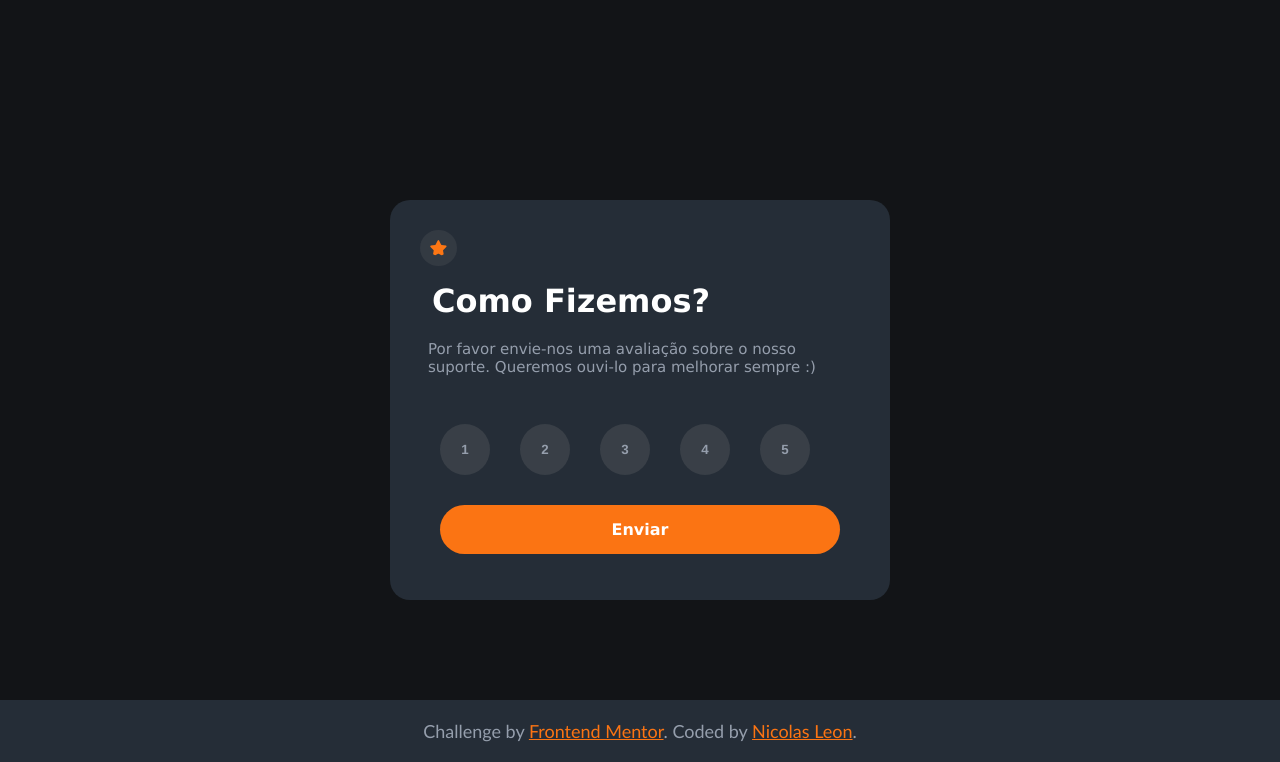
Repository: Leonngc/projeto-avaliacao
Page: index.html
The author's editor kept a copy of each file at every save. The page is drawn from the files as they stood at one save, then again after a run of saves.
The browser window is 1280 px wide. The pictures show the whole page.

Above is the page before, as saved 2023-01-30 01:39:00.

### index.html
<!DOCTYPE html>
<html lang="pt-br">

<head>
  <meta charset="UTF-8">
  <meta name="viewport" content="width=device-width, initial-scale=1.0">
  <!-- displays site properly based on user's device -->

  <link rel="icon" type="image/png" sizes="32x32" href="./images/favicon-32x32.png">
  <script src="js/index.js" defer></script>

  <title>Frontend Mentor | Interactive rating component</title>

  <link rel="stylesheet" href="styles/style.css">
</head>

<body>

  <!-- Rating state start -->
  <div id="card">
    <img src="images/icon-star.svg" alt="" id="icon">
    <div id="mensage">
      <h1>Como Fizemos?</h1>
      <p>Por favor envie-nos uma avaliação sobre o nosso suporte. Queremos ouvi-lo para melhorar sempre :)</p>
    </div>

    <ul id="container-btns">
      <li><button class="rate-btn">1</button></li>
      <li><button class="rate-btn">2</button></li>
      <li><button class="rate-btn">3</button></li>
      <li><button class="rate-btn">4</button></li>
      <li><button class="rate-btn">5</button></li>
    </ul>
    <button id="submit-btn">Enviar</button>
    </div>

  <!-- Rating state end -->

  <!-- Thank you state start -->

  <section id="result-avaliation">
    <div id="thank-image">
      <img src="images/illustration-thank-you.svg" alt="">
    </div>
    <span id="avaliation-user">You selected <!--ratting result --> out of 5</span>
    <h1>Thank you!</h1>
    <p id="thanks-mensage">
      We appreciate you taking the time to give a rating. If you ever need more support,
      don’t hesitate to get in touch!
    </p>
  </section>

  <!-- Thank you state end -->


  <footer class="attribution">
    Challenge by <a href="https://www.frontendmentor.io?ref=challenge" target="_blank">Frontend Mentor</a>.
    Coded by <a href="#">Nicolas Leon</a>.
  </footer>
</body>

</html>

### js/index.js
let rateBtn = document.querySelectorAll('.rate-btn');
const sent = document.querySelector('#submit-btn');

sent.addEventListener('click', ()=>{
    window.alert("test")
})



rateBtn.forEach((rate) =>{
    rate.addEventListener("click", () =>{

    })
});

### styles/style.css
:root {
  --very-dark-blue: hsl(216, 12%, 8%);
  --dark-blue: hsl(213, 19%, 18%);
  --medium-grey: hsl(216, 12%, 54%);
  --light-grey: hsl(217, 12%, 63%);
}

* {
  margin: 0;
  padding: 0;
  box-sizing: border-box;
}

body {
  background-color: var(--very-dark-blue);
}

#card {
  background-color: var(--dark-blue);
  width: 500px;
  height: 400px;
  margin: auto;
  margin-top: 200px;
  padding: 30px;
  border-radius: 20px;
}

#icon {
  background-color: rgba(124, 122, 122, 0.162);
  padding: 10px;
  border-radius: 50%;
}

#mensage > h1 {
  font-family: "Lucida Sans", "Lucida Sans Regular", "Lucida Grande",
    "Lucida Sans Unicode", Geneva, Verdana, sans-serif;
  color: white;
  padding: 12px;
}

#mensage > p {
  padding: 8px;
  font-size: 15px;
  font-family: Verdana, Geneva, Tahoma, sans-serif;
  color: var(--light-grey);
}

#container-btns {
  display: flex;
  margin-top: 40px;
  justify-content: center;
}

li {
  list-style: none;
  align-items: center;
  justify-content: center;
}

.rate-btn {
  margin-right: 30px;
  padding: 18px;
  border-radius: 50%;
  border: none;
  width: 50px;
  background-color: rgba(128, 128, 128, 0.216);
  color: var(--light-grey);
  font-family: "Franklin Gothic Medium", "Arial Narrow", Arial, sans-serif;
  font-weight: bolder;
}

.rate-btn:hover {
  background-color: var(--light-grey);
  color: white;
}

.rate-btn:disabled{
  background-color: hsl(25, 97%, 53%);
}

#submit-btn {
  display: block;
  margin: auto;
  margin-top: 30px;
  width: 400px;
  padding: 15px;
  border-radius: 30px;
  border: none;
  font-size: 16px;
  font-family: Verdana, Geneva, Tahoma, sans-serif;
  font-weight: bolder;
  background-color: hsl(25, 97%, 53%);
  color: white;
}

#submit-btn:hover{
  background-color: white;
  color: hsl(25, 97%, 53%);
}

#result-avaliation{
  background-color: var(--dark-blue);
  width: 500px;
  height: 400px;
  margin: auto;
  padding: 30px;
  border-radius: 20px;
  text-align: center;
  display: none;
}
#avaliation-user{
  display: block;
  background-color: hsla(216, 12%, 8%, 0.353);
  width: 200px;
  padding: 10px;
  margin: auto;
  margin-top: 20px;
  border-radius: 20px;
  font-family: 'Gill Sans', 'Gill Sans MT', Calibri, 'Trebuchet MS', sans-serif;
  font-size: 16px;
  color: hsl(25, 97%, 53%);
}


#result-avaliation > h1{
  margin-top: 40px;
  margin-bottom: 20px;
  color: white;
  font-family: 'Gill Sans', 'Gill Sans MT', Calibri, 'Trebuchet MS', sans-serif;
}

#thanks-mensage{
  margin: auto;
  color: var(--light-grey);
  font-size: 20px;
  font-family: 'Gill Sans', 'Gill Sans MT', Calibri, 'Trebuchet MS', sans-serif;
  width:384px;
}

footer{
  margin-top: 100px;
  padding: 20px;
  text-align: center;
  background-color: var(--dark-blue);
  color: var(--light-grey);
  font-size: 18px;
  font-family: 'Gill Sans', 'Gill Sans MT', Calibri, 'Trebuchet MS', sans-serif;
}

footer > a{
  color: hsl(25, 97%, 53%);
}

After the next 2 saves:
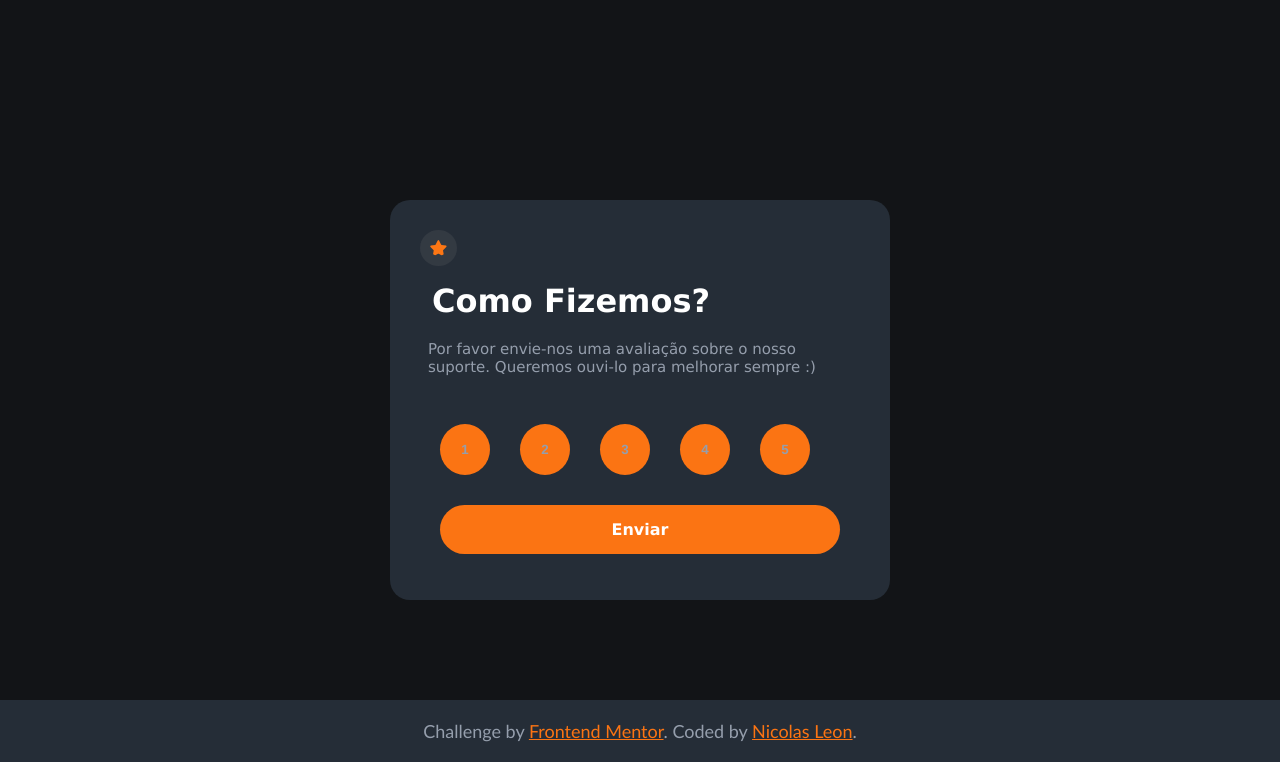
The 2 saves are shown as one change because they came seconds apart.
The last was saved 51 s later.
--- a/styles/style.css
+++ b/styles/style.css
@@ -74,7 +74,7 @@ li {
   color: white;
 }
 
-.rate-btn:disabled{
+.rate-btn:enabled{
   background-color: hsl(25, 97%, 53%);
 }
 
